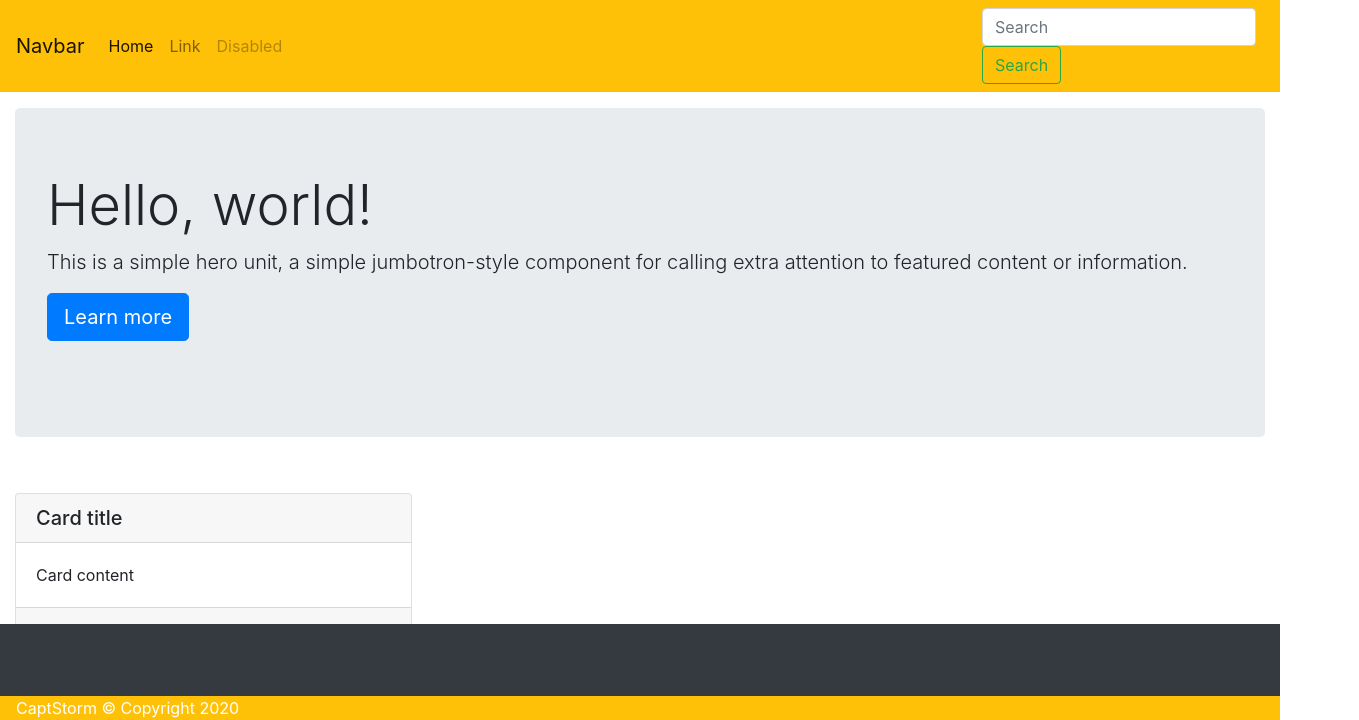
Repository: CaptainStorm21/complete-react16-bootstrap-passing-props
Page: /
An editor plug-in stored every save of this project. The page is shown before and after the next save, followed by the edit.
The browser window is 1280 px wide. The page is 1280 px wide, then 1359 px, so the pictures cover 1359 px, including what lies to the right of the window. The pictures show the whole page.
The project was rebuilt for these pictures with package versions that can differ from the ones it lists, and the page was loaded fresh each time.

Above is the page before, as saved 2020-04-23 14:43:17.

After the next save:
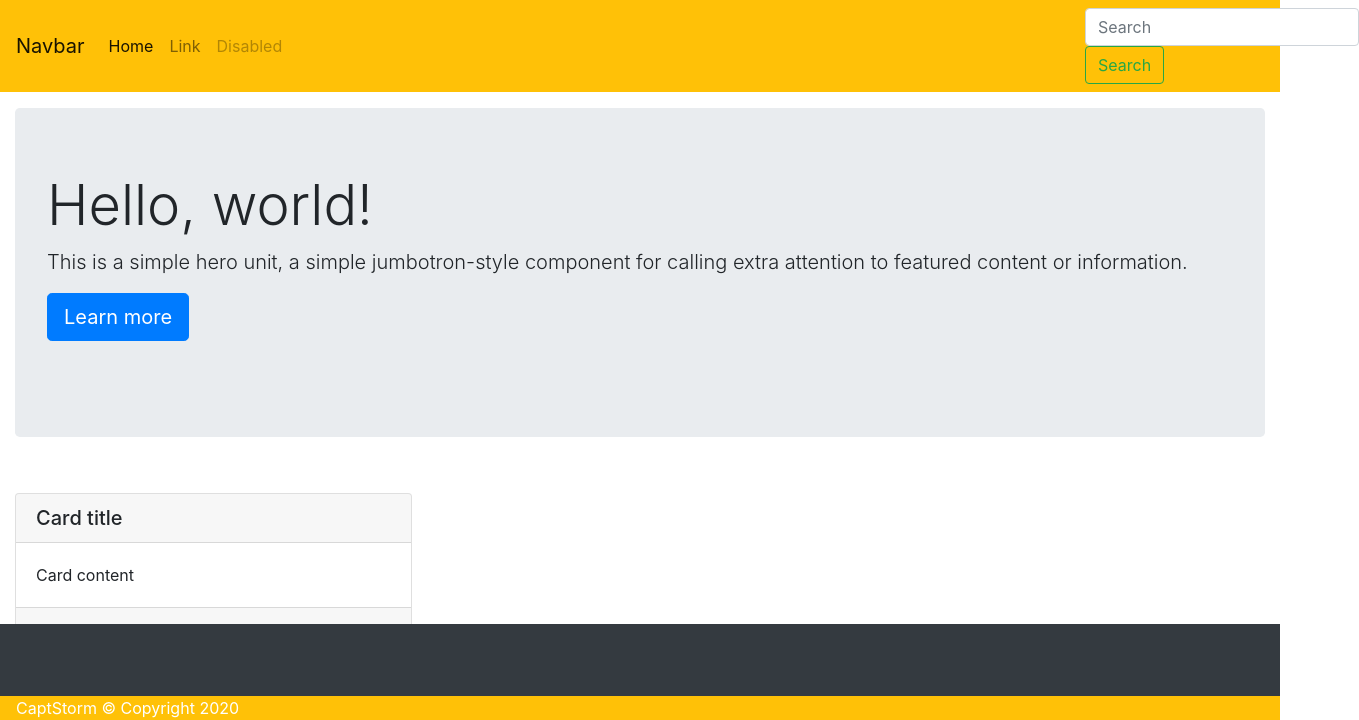
Saved 11 s later.
--- a/src/components/layout/Navbar.js
+++ b/src/components/layout/Navbar.js
@@ -21,7 +21,7 @@ function Navbar() {
         <a className="nav-link disabled" href="#" tabindex="-1" aria-disabled="true">Disabled</a>
       </li>
     </ul>
-    <form className="form-inline my-2 my-lg-0">
+    <form className="form-inline my-2 my-lg-0 col-2">
       <input className="form-control mr-sm-2" type="search" placeholder="Search" />
       <button className="btn btn-outline-success my-2 my-sm-0" type="submit">Search</button>
     </form>
